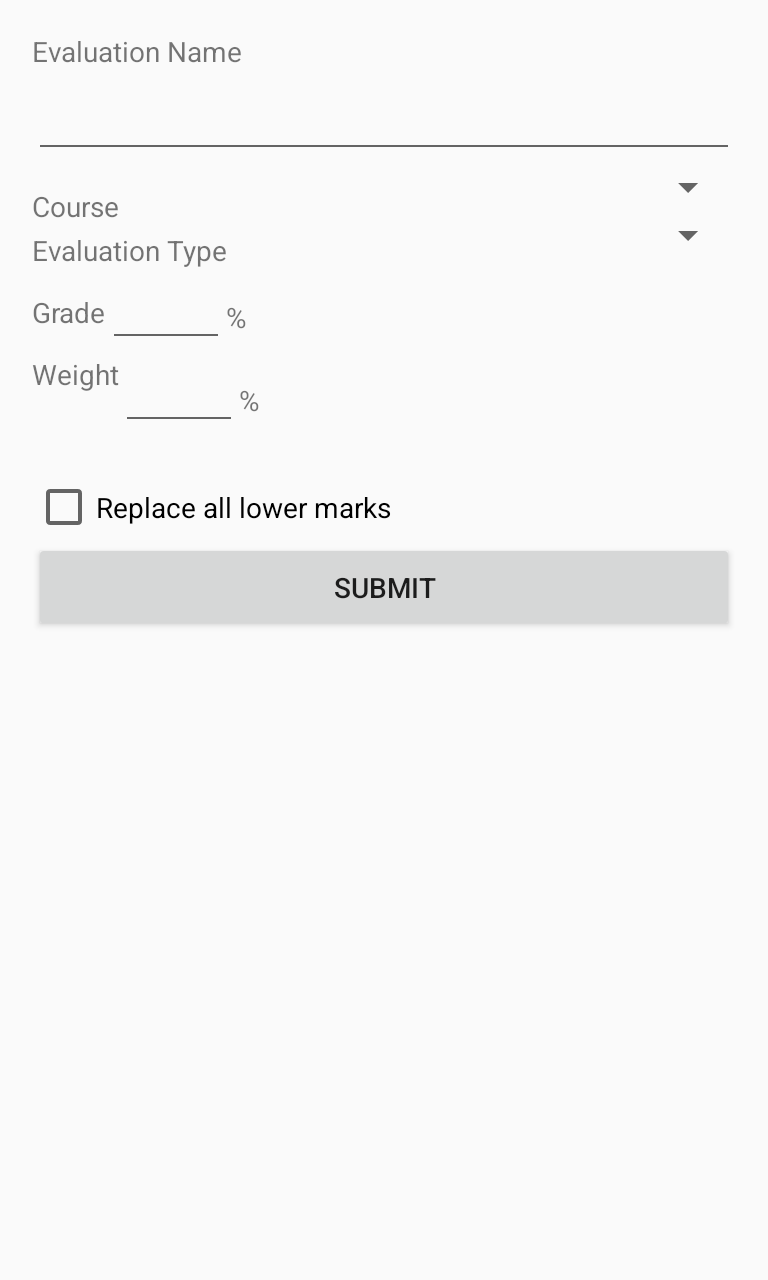
Repository: Tenergy05/GradePlanner
Layout: GradePlanner/res/layout/activity_add_mark.xml
An editor plug-in stored every save of this project. The layout is shown before and after the next save, followed by the edit.
It is drawn on a 768 x 1280 px phone screen (xhdpi) without system bars, with theme AppTheme; the app's code is not run.

Above is the layout before, as saved 2014-12-30 22:11:55.

### GradePlanner/res/layout/activity_add_mark.xml
<RelativeLayout xmlns:android="http://schemas.android.com/apk/res/android"
    xmlns:tools="http://schemas.android.com/tools"
    android:layout_width="match_parent"
    android:layout_height="match_parent"
    android:paddingBottom="@dimen/activity_vertical_margin"
    android:paddingLeft="@dimen/activity_horizontal_margin"
    android:paddingRight="@dimen/activity_horizontal_margin"
    android:paddingTop="@dimen/activity_vertical_margin"
    tools:context="com.example.gradeplanner.AddMarkActivity" >

    <TextView
        android:id="@+id/textView1"
        android:layout_width="wrap_content"
        android:layout_height="wrap_content"
        android:text="@string/eval_name" />

    <EditText
        android:id="@+id/editText1"
        android:layout_width="wrap_content"
        android:layout_height="wrap_content"
        android:layout_alignLeft="@+id/textView1"
        android:layout_alignParentRight="true"
        android:layout_below="@+id/textView1"
        android:layout_marginTop="5dp"
        android:inputType="text"
        android:ems="10" />

    <TextView
        android:id="@+id/textView2"
        android:layout_width="wrap_content"
        android:layout_height="wrap_content"
        android:layout_alignLeft="@+id/editText1"
        android:layout_below="@+id/editText1"
        android:layout_marginTop="12dp"
        android:text="@string/course" />

    <Spinner
        android:id="@+id/spinner1"
        android:layout_width="wrap_content"
        android:layout_height="wrap_content"
        android:layout_alignRight="@+id/editText1"
        android:layout_below="@+id/editText1"
        android:layout_toRightOf="@+id/textView2" />

    <TextView
        android:id="@+id/textView3"
        android:layout_width="wrap_content"
        android:layout_height="wrap_content"
        android:layout_alignLeft="@+id/textView2"
        android:layout_below="@+id/spinner1"
        android:layout_marginTop="10dp"
        android:text="@string/eval_type" />

    <Spinner
        android:id="@+id/spinner2"
        android:layout_width="wrap_content"
        android:layout_height="wrap_content"
        android:layout_alignParentRight="true"
        android:layout_toRightOf="@+id/textView3"
        android:layout_below="@+id/spinner1"/>

    <TextView
        android:id="@+id/textView4"
        android:layout_width="wrap_content"
        android:layout_height="wrap_content"
        android:layout_alignLeft="@+id/textView3"
        android:layout_below="@+id/textView3"
        android:layout_marginTop="12dp"
        android:text="@string/grade" />

    <EditText
        android:id="@+id/editText2"
        android:width="60dp"
        android:layout_width="wrap_content"
        android:layout_height="wrap_content"
        android:layout_toRightOf="@+id/textView4"
        android:layout_below="@+id/textView3"
        android:ems="10"
        android:maxLength="3"
        android:inputType="number" />

    <TextView
        android:id="@+id/textView6"
        android:layout_width="wrap_content"
        android:layout_height="wrap_content"
        android:layout_alignBaseline="@+id/editText2"
        android:layout_alignBottom="@+id/editText2"
        android:layout_toRightOf="@+id/editText2"
        android:text="@string/percentage" />

    <TextView
        android:id="@+id/textView5"
        android:layout_width="wrap_content"
        android:layout_height="wrap_content"
        android:layout_alignLeft="@+id/textView4"
        android:layout_below="@+id/textView4"
        android:layout_marginTop="12dp"
        android:text="@string/weight" />

    <EditText
        android:id="@+id/editText3"
        android:layout_width="wrap_content"
        android:layout_height="wrap_content"
        android:layout_below="@+id/editText2"
        android:layout_toRightOf="@+id/textView5"
        android:width="60dp"
        android:maxLength="3"
        android:ems="10"
        android:inputType="number" />


    <TextView
        android:id="@+id/textView7"
        android:layout_width="wrap_content"
        android:layout_height="wrap_content"
        android:layout_alignBaseline="@+id/editText3"
        android:layout_alignBottom="@+id/editText3"
        android:layout_toRightOf="@+id/editText3"
        android:text="@string/percentage" />


    <CheckBox
        android:id="@+id/checkBox1"
        android:layout_width="wrap_content"
        android:layout_height="wrap_content"
        android:layout_alignLeft="@+id/textView5"
        android:layout_below="@+id/editText3"
        android:layout_marginTop="20dp"
        android:text="@string/special_type" />

    <Button
        android:id="@+id/button1"
        android:layout_width="wrap_content"
        android:layout_height="wrap_content"
        android:layout_alignParentLeft="true"
        android:layout_alignParentRight="true"
        android:layout_below="@+id/checkBox1"
        android:text="@string/submit" />


</RelativeLayout>

### GradePlanner/res/values/strings.xml
<?xml version="1.0" encoding="utf-8"?>
<resources>

    <string name="app_name">Grade Planner</string>
    <string name="add_course">Add Course</string>
    <string name="course">Course</string>
    <string name="grade">Grade</string>
    <string name="goal">Goal</string>
    <string name="weight">Weight</string>
    <string name="action_settings">Settings</string>
    <string name="title_activity_add_course">Add Course</string>
    <string name="course_code">Course Code</string>
    <string name="grade_goal">Course Goal</string>
    <string name="add_mark">Add Mark</string>
    <string name="percentage">%</string>
    <string name="submit">Submit</string>
    <string name="title_activity_add_mark">Add Mark</string>
    <string name="eval_name">Evaluation Name</string>
    <string name="eval_type">Evaluation Type</string>
    <string name="special_type">Replace all lower marks</string>

</resources>

Loaded but not shown: GradePlanner/res/values/styles.xml (common file); GradePlanner/res/values-v11/styles.xml (common file); GradePlanner/res/values-v14/styles.xml (common file); GradePlanner/res/values/dimens.xml (common file); GradePlanner/res/values-w820dp/dimens.xml (common file)

After the next save:
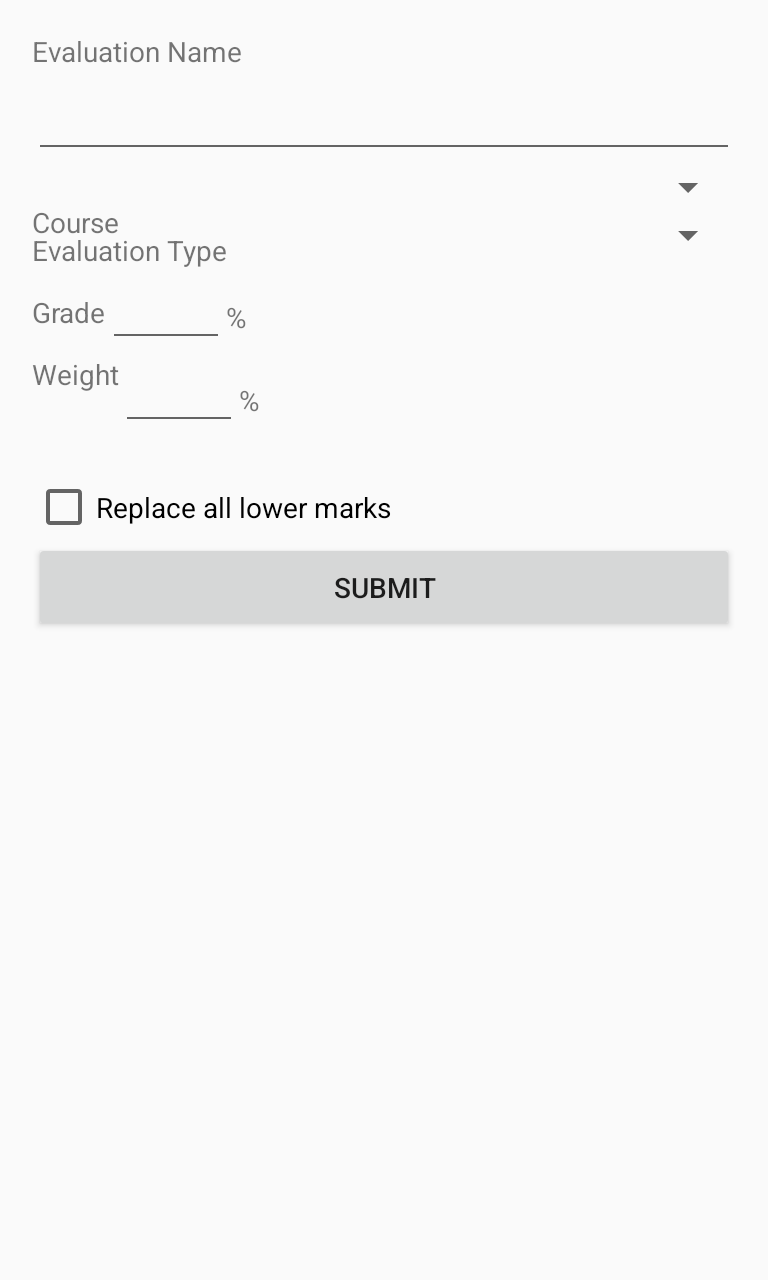
Saved 13 s later.
--- a/GradePlanner/res/layout/activity_add_mark.xml
+++ b/GradePlanner/res/layout/activity_add_mark.xml
@@ -31,7 +31,7 @@
         android:layout_height="wrap_content"
         android:layout_alignLeft="@+id/editText1"
         android:layout_below="@+id/editText1"
-        android:layout_marginTop="12dp"
+        android:layout_marginTop="20dp"
         android:text="@string/course" />
 
     <Spinner
